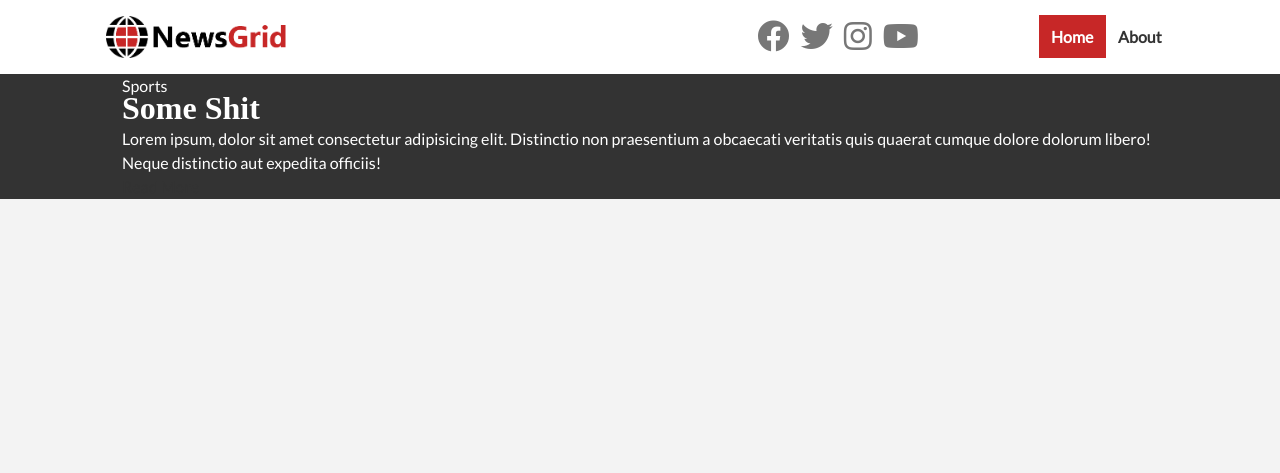
Repository: EswinGiova/NewsGrid
Page: index.html
These files come from the project's save history. The page is drawn as it stood at one moment and after the next save; the edit follows.
The browser window is 1280 px wide. The pictures show the whole page.
Some web libraries are served in a nearby version.

Above is the page before, as saved 2020-09-19 20:03:09.

### index.html
<!DOCTYPE html>
<html lang="en">
  <head>
    <meta charset="UTF-8" />
    <meta name="viewport" content="width=device-width, initial-scale=1.0" />
    <link rel="shortcut icon" type="image/x-icon" href="favicon.ico" />
    <link
      href="https://fonts.googleapis.com/css2?family=Lato&family=Staatliches&display=swap"
      rel="stylesheet"
    />
    <link rel="stylesheet" href="./css/style.css" />
    <link
      rel="stylesheet"
      media="screen and (max-width: 768px)"
      href="./css/mobile.css"
    />

    <link
      rel="stylesheet"
      href="https://cdnjs.cloudflare.com/ajax/libs/font-awesome/5.14.0/css/all.min.css"
      integrity="sha512-1PKOgIY59xJ8Co8+NE6FZ+LOAZKjy+KY8iq0G4B3CyeY6wYHN3yt9PW0XpSriVlkMXe40PTKnXrLnZ9+fkDaog=="
      crossorigin="anonymous"
    />

    <title>NewsGrid | Latest News</title>
  </head>
  <body>
    <nav id="main-nav">
      <div class="container">
        <img src="./image_resources/logo.png" alt="" class="logo" />
        <div class="social">
          <a href="#" target="_blank"><i class="fab fa-facebook fa-2x"></i></a>
          <a href="#" target="_blank"><i class="fab fa-twitter fa-2x"></i></a>
          <a href="#" target="_blank"><i class="fab fa-instagram fa-2x"></i></a>
          <a href="#" target="_blank"><i class="fab fa-youtube fa-2x"></i></a>
        </div>
        <ul>
          <li><a href="#" class="current">Home</a></li>
          <li><a href="#">About </a></li>
        </ul>
      </div>
    </nav>

    <header id="showcase">
      <div class="container">
        <div class="showcase-container">
          <div class="showcase-content">
            <div class="category category-sports">Sports</div>
            <h1>Some Shit</h1>
            <p>
              Lorem ipsum, dolor sit amet consectetur adipisicing elit.
              Distinctio non praesentium a obcaecati veritatis quis quaerat
              cumque dolore dolorum libero! Neque distinctio aut expedita
              officiis!
            </p>
            <a href="./article.html" class="btn btn-primary">Read More </a>
          </div>
        </div>
      </div>
    </header>
  </body>
</html>

### css/style.css
:root {
  --primary-color: #c72727;
  --secondary-color: #f99500;
  --light-color: #f3f3f3;
  --dark-color: #333;
  --max-width: 1100px;
}

.category {
  --sports-color: #f99500;
  --ent-color: #a66bbe;
  --tech-color: #009cff;
}
* {
  margin: 0;
  padding: 0;
  box-sizing: border-box;
}
body {
  font-family: 'Lato', sans-serif;
  line-height: 1.5;
  background: var(--light-color);
}

a {
  color: var(--dark-color);
  text-decoration: none;
}

ul {
  list-style: none;
}

img {
  width: 100%;
}

h1,
h2,
h3,
h4,
h5,
h6 {
  font-family: 'Staaliches', cursive;
  margin-bottom: 0.55rem;
  line-height: 1.3rem;
}

/*  utility class */

.container {
  max-width: var(--max-width);
  margin: auto;
  padding: 0 2rem;
  overflow: hidden;
}

/* Navigation */
#main-nav {
  background: #fff;
  position: sticky;
  top: 0;
  z-index: 2;
}

#main-nav .container {
  display: grid;
  grid-template-columns: 6fr 3fr 2fr;
  padding: 1rem;
  align-items: center;
}

#main-nav .logo {
  width: 180px;
}

#main-nav ul {
  display: flex;
  justify-self: end;
}

#main-nav ul li a {
  padding: 0.77rem;
  font-weight: bold;
}

#main-nav ul li .current {
  background: var(--primary-color);
  color: white;
}

#main-nav ul li .current:hover {
  background: var(--light-color);
  color: var(--dark-color);
}
#main-nav .social {
  justify-self: center;
}

#main-nav .social i {
  color: #777;
  margin-left: 0.5rem;
}

/* showcase */
#showcase {
  background: #333;
  color: #fff;
  position: relative;
}

#showcase:before {
  content: '';
  background: url('../image_resources/featured.jpg') center center/cover;
  position: absolute;
  top: 0;
  left: 0;
  width: 100%;
  opacity: 0.4;
}

Loaded but not shown: css/mobile.css (no copy from this time; the picture is the same without it)

After the next save:
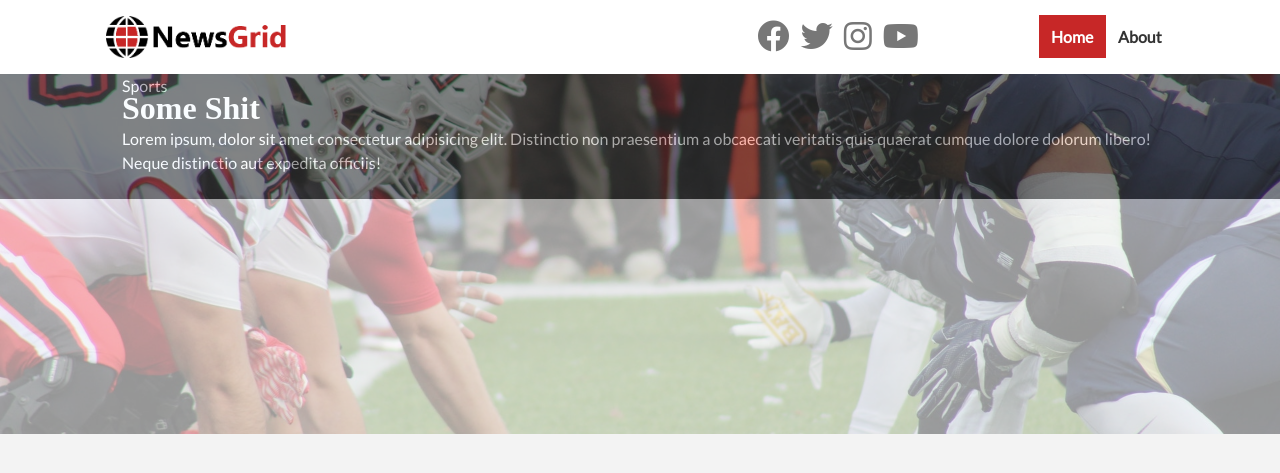
Saved 35 s later.
--- a/css/style.css
+++ b/css/style.css
@@ -116,5 +116,6 @@ h6 {
   top: 0;
   left: 0;
   width: 100%;
+  height: 50vh;
   opacity: 0.4;
 }
